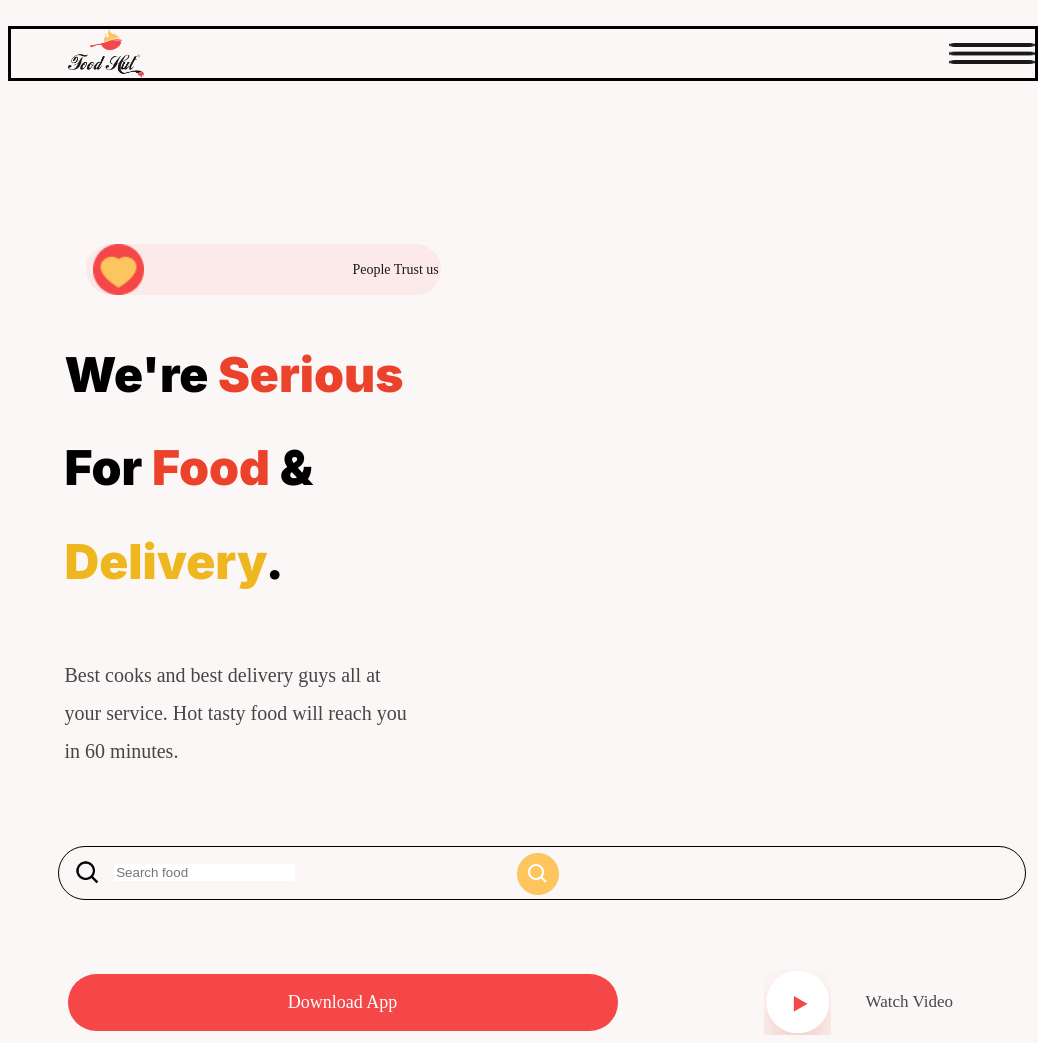
Repository: ReyhanehRahmani/Food-Hut
Page: FoodHut.html
The author's editor kept a copy of each file at every save. The page is drawn from the files as they stood at one save, then again after the next save.
The browser window is 1024 px wide. The page is 1038 px wide, so the pictures cover 1038 px, including what lies to the right of the window. The pictures show the whole page.
Some web fonts or font styles are not loaded; a fallback is used.

Above is the page before, as saved 2025-05-29 00:14:22.

### FoodHut.html
<!DOCTYPE html>

<html lang="en">

    <head>

    <meta name="viewport" content="width=device-width, initial-scale=1.0" />

        <title>Food Hut</title>

        <link rel="icon" type="image/jpg" href="favicon.png">

        <link rel="preconnect" href="https://fonts.googleapis.com">

        <link rel="stylesheet" href="FoodHut.css">

        <link rel="preconnect" href="https://fonts.googleapis.com">

        <link rel="preconnect" href="https://fonts.gstatic.com" crossorigin>

        <link href="https://fonts.googleapis.com/css2?family=Inter:ital,opsz,wght@0,14..32,100..900;1,14..32,100..900&display=swap" rel="stylesheet">

        <link rel="preconnect" href="https://fonts.googleapis.com">

        <link rel="preconnect" href="https://fonts.gstatic.com" crossorigin>

        <link href="https://fonts.googleapis.com/css2?family=Sofia+Sans:ital,wght@0,1..1000;1,1..1000&display=swap" rel="stylesheet">

    </head>

    <body>

        <div id="part1">

        <div class="headh">
            <img src="favicon.png" alt="Food Hut logo" class="FoodHutLogo">

            <div class="navlaptop">
                    <p class="mm">Today special offers</p>
                    <p class="mm">Why FoodHut</p>
                    <p class="mm">Our Menu</p>
                    <p class="mm">Our Popular food</p>

            </div>
            <div class="downloadbt"><p>Download App</p></div>
            <img src="slider.png" id="slider">
        </div>



        <div class="maincontainer">
            <div class="container1">

                <div id="HeartBox">
                    <img id="Heart" src="ghalb.png" style="margin-left: 3px;" >
                    <p id="trust">People Trust us</p>
                </div>

                <p id="BigBox1">
                    We're <spsn style="color: rgb(235, 66, 44);">Serious</spsn> <br> For <span style="color: rgb(235, 66, 44);">Food</span> & <br><span style="color: rgb(238, 183, 32);">Delivery</span>.
                </p>
                <p id="BigBox1laptop">
                    We're <spsn style="color: rgb(235, 66, 44);">Serious</spsn>  For <br><span style="color: rgb(235, 66, 44);">Food</span> & <span style="color: rgb(238, 183, 32);">Delivery</span>.
                </p>

                <p id="text1">
                    Best cooks and best delivery guys all at <br>your service. Hot tasty food will reach you<br>in 60 minutes.
                </p>
                <p id="text1laptop">
                    Best cooks and best delivery guys all at your <br>service. Hot tasty food will reach you in 60<br>minutes.
                </p>
                <div class="searchbox">
                    <img src="zarebin2.png" id="zarebin2">
                    <input class="inin" type="text" minlength="3" maxlength="30" placeholder="Search food"></input>
                    <button class="butbut"><img src="zarebin.png" id="zarebin"></button>
                </div>


                <div id="PlayBox">
                    <div id="download"><p>Download App</p></div>
                    <div id="bori1">
                    <img src="playb.png" id="PlayButton">
                    <p id="Watch">Watch Video</p>
                    </div>
                </div>

            </div>
            <img src="pic1.png" id="pic1laptop">

        </div>

    </div>




    </body>

</html>

### FoodHut.css
/*font family - font size - align items like heart*/

@media screen and (max-width: 1279px){



body {
    background-color: #fcf7f7;

}

#part1{
}

.headh{
    border: solid;
    display: flex;
    justify-content: space-between;
    width: 100vw;
    height: 6.739130435vh;
    align-items: center;
    margin-top: 2.608695652%;
}


.FoodHutLogo{
    margin-left: 5.607476636%;
    height: 100%;
}

#slider{
    width: 8.411214953%;
    height: 43.548387097%;
}

/*#NavbarSlider{
    margin-top: 41px;
    margin-right: 5.6vw;
    float: right;
    position: fixed;
    border: 2px solid red;
}

.slider{
    width: 36px;
    height: 5px;
    border-radius: 17px;
    display: flex;
    justify-content: space-between;
    flex-direction: column;
    gap: 6px;
    background: rgba(25, 25, 25, 1);
    margin-right: 24px;

}*/



#HeartBox{
    display: flex;
    justify-content: space-between;
    gap: 1.438848921%;
    width: 35.226415094%;
    height: 4.261796043%;
    align-items: center;
    border-radius: 100px;
    white-space: nowrap;
    background-color: #fce9e9;
    margin-top: 16.228070175%;
    margin-left: 7.710280374%;
}

#trust{
    font-weight: 400;
    font-size: 0.875rem;
    line-height: 100%;
    letter-spacing: 0%;
    /*align-items: center;
    justify-content: center;*/
    color: rgba(25, 25, 25, 1);
    margin-right: 2px;

}

#Heart{
    position: static;
    width: 14.288489209%;
    height: 71.428571429%;
    padding-left: 1.168224299%;
    align-self: center;
}

#BigBox1{
    width: 88.785046729%;
    height: 21.058315335%;
    align-content: center;
    margin-top: 3.225806452%;
    margin-left: 5.607476636%;
    font-weight: 900;
    font-size: 3rem;
    line-height: 195%;
    letter-spacing: 0%;
    font-family: "Inter";
}

/*#Box1Paragragh{
    font-weight: 900;
    font-size: 48px;
    line-height: 195%;
    letter-spacing: 0%;
}*/

#text1{
    width: 88.551401869%;
    height: 8.804347826%;
    margin-top: 4.347826087%;
    margin-left: 5.607476636%;
    opacity: 0.8;
    font-family: "Sofia Sans";
    font-weight: 400;
    font-size: 1.25rem;
    line-height: 190%;
    letter-spacing: -1%;
    color: #191919;
    white-space: nowrap;

}

#text1laptop{
    display: none;
}

.searchbox{
    border: solid;
    display: flex;
    border-width: 0.5px;
    border-radius: 100px;
    align-items: center;
    height: 8.709677419%;
    margin-top: 4.35483871;
    width: 95.785046729%;
    margin-left: 4.979253112%;
    margin-top: 7.476635514%;

}

.searchbox .inin{
    border: 0px;
    margin-left: 12px;

}

.searchbox .butbut{
    border: 0px;
    background-color: rgba(127, 255, 212, 0);
    margin-left: 22.324840764%;
}

#zarebin{
    height: 42px;
    padding-top: 5px;

}

#zarebin2{
    width: 28px;
    height: 28px;
    margin-left: 15px;

}

#PlayBox{
    display: flex;
    height: 5.652173913%;
    margin-top: 6.838709677%;
    justify-content: space-between;
    gap: 8.244680851%;
    align-items: center;
    width: 87.85046729%;
    margin-left: 5.907476636%;

}

#download{
    width: 65.085106383%;
    border-radius: 100px;
    background-color: #F54748;
    font-family: "Sofia Sans";
    text-align: center;
    margin-top: 1px;
    color: #FFFFFF;
    font-weight: 900px;
    font-size: 18px;
    letter-spacing: 0px;
    text-transform: capitalize;

}

#bori1{
    display: flex;
    margin-left: 8.244680851%;
    height: 100%;
    justify-content: space-between;
    gap: 11.475409836%;
    align-items: center;
}

#Watch{
    font-family: "Sofia Sans";
    font-weight: 300;
    font-size: 17px;
    line-height: 100%;
    letter-spacing: 0%;
    color: #44464b;
    white-space: nowrap;

}

#PlayButton{
    height: 100%;
    width: 35.415300546%;

}

.navlaptop{
    display: none;
}

.downloadbt{
    display: none;
}

#BigBox1laptop{
    display: none;
}

#pic1laptop{
    display: none;
}

}


@media screen and (min-width: 1280px){

body{
    position: relative;
}

.headh{
    display: flex;
    position: relative;
    align-items: center;
    margin-top: 2.46343341%;
}

.headh .FoodHutLogo{
    width: 8.402777778%;
    height: 6.004618938%;
    margin-left: 5.46875%;

}

.navlaptop {
    display: flex;
    gap: 7.575757576%;
    align-items: center;
    margin-left: 20.75%;

}

.navlaptop .mm{
    font-family: "Sofia Sans";
    font-weight: 400;
    font-size: 1.125rem;
    line-height: 100%;
    letter-spacing: 0px;
    text-transform: capitalize;
    color: #191919;
    white-space: nowrap;
}

.downloadbt{
    position: absolute;
    width: 11.25%;
    line-height: 100%;
    height: 57.692307692%;
    border-radius: 100px;
    background-color: #F54748;
    font-family: "Sofia Sans";
    text-align: center;
    margin-top: 1px;
    color: #FFFFFF;
    font-weight: 400;
    font-size: 18px;
    letter-spacing: 0px;
    text-transform: capitalize;
    margin-left: 84.513888889%;


}

.maincontainer{
    display: flex;
    justify-content: space-between;


}

.container1{
    margin-left: 4.861111111%;
    display: block;
    align-content: center;

}

#HeartBox{
    display: flex;
    justify-content: space-between;
    width: 28.226415094%;
    height: 4.261796043%;
    align-items: center;
    border-radius: 100px;
    white-space: nowrap;
    background-color: #fce9e9;
}

#trust{
    margin-right: 2px;
}

#BigBox1laptop{
    font-family: "Inter";
    font-weight: 900;
    font-size: 3.625rem;
    line-height: 100%;
    letter-spacing: 0%;
    margin-top: 3.04414003%;

}

#BigBox1{
    display: none;
}

#Heart{
    height: 20px;
    width: 20px;
}

#trust{
    font-family: Inter;
    font-weight: 400;
    font-size: 0.875rem;
    line-height: 100%;
    letter-spacing: 0%;

}

#text1{
    font-family: "Sofia Sans";
    font-weight: 400;
    font-size: 1.5rem;
    line-height: 100%;
    letter-spacing: -1%;
    opacity: 0.8;
    margin-top: 3.877419355%;
    color: #191919;

}


.searchbox{
    border: solid;
    display: flex;
    border-width: 0.5px;
    border-radius: 100px;
    align-items: center;
    height: 8.709677419%;
    margin-top: 4.35483871;

}

.searchbox .inin{
    border: 0px;
    margin-left: 12px;

}

.searchbox .butbut{
    border: 0px;
    background-color: rgba(127, 255, 212, 0);
    margin-left: 41.324840764%;
}

#zarebin{
    height: 42px;
    padding-top: 5px;

}

#zarebin2{
    width: 28px;
    height: 28px;
    margin-left: 15px;

}

#pic1laptop{
    width: 47.847222222%;
    height: auto;
}

#PlayBox{
    display: flex;
    height: 8.387096774%;
    margin-top: 4.838709677%;
    align-items: center;
}

#download{
    width: 33.085106383%;
    height: 86.538461538%;
    border-radius: 100px;
    background-color: #F54748;
    font-family: "Sofia Sans";
    text-align: center;
    margin-top: 1px;
    color: #FFFFFF;
    font-weight: 400;
    font-size: 18px;
    line-height: 100%;
    letter-spacing: 0px;
    text-transform: capitalize;


}

#bori1{
    display: flex;
    margin-left: 8.244680851%;
    height: 100%;
    justify-content: space-between;
    gap: 11.475409836%;
}

#Watch{
    font-family: "Sofia Sans";
    font-weight: 300;
    font-size: 17px;
    line-height: 100%;
    letter-spacing: 0%;
    color: #686D77;
    white-space: nowrap;

}

#PlayButton{
    height: 100%;
}
}

After the next save:
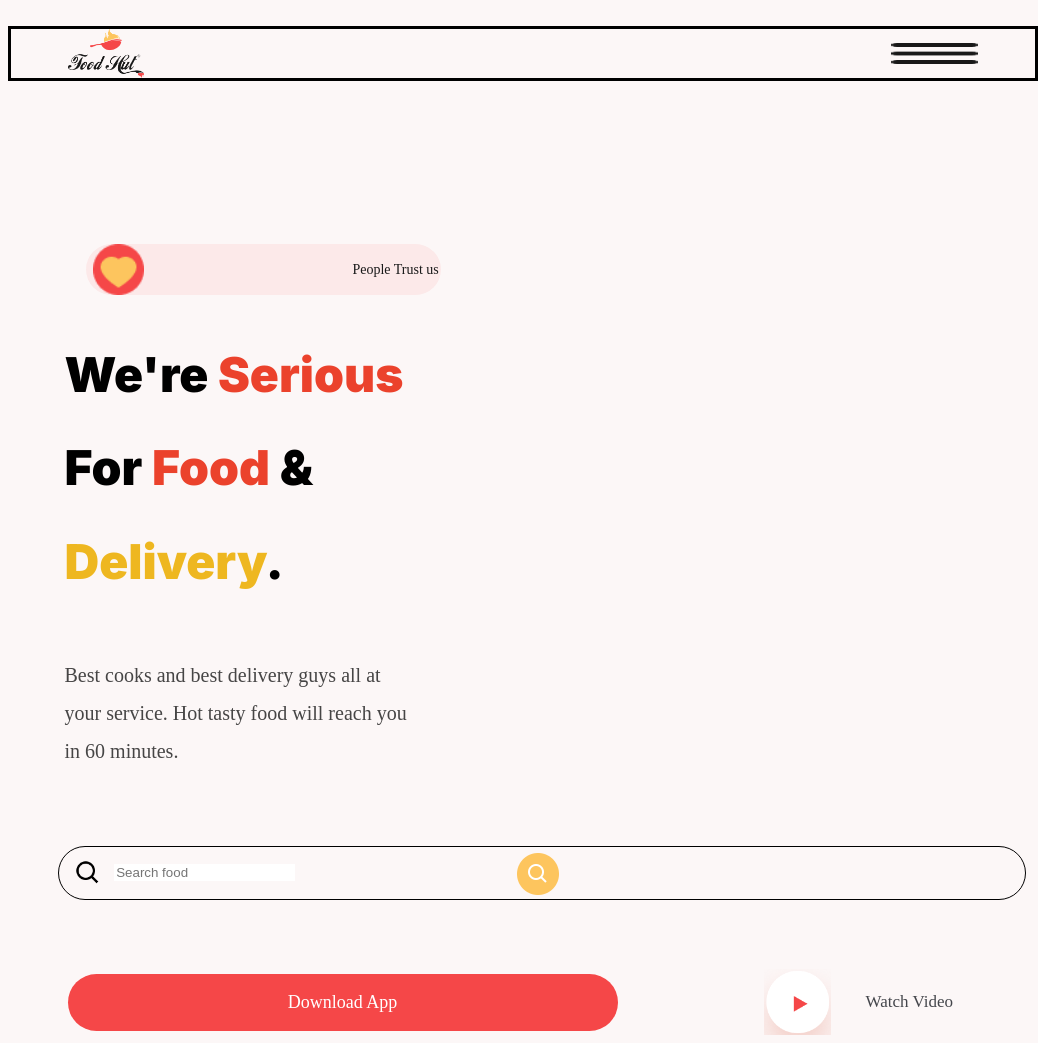
Saved 37 s later.
--- a/FoodHut.css
+++ b/FoodHut.css
@@ -31,6 +31,7 @@ body {
 #slider{
     width: 8.411214953%;
     height: 43.548387097%;
+    margin-right: 5.607476636%;
 }
 
 /*#NavbarSlider{
